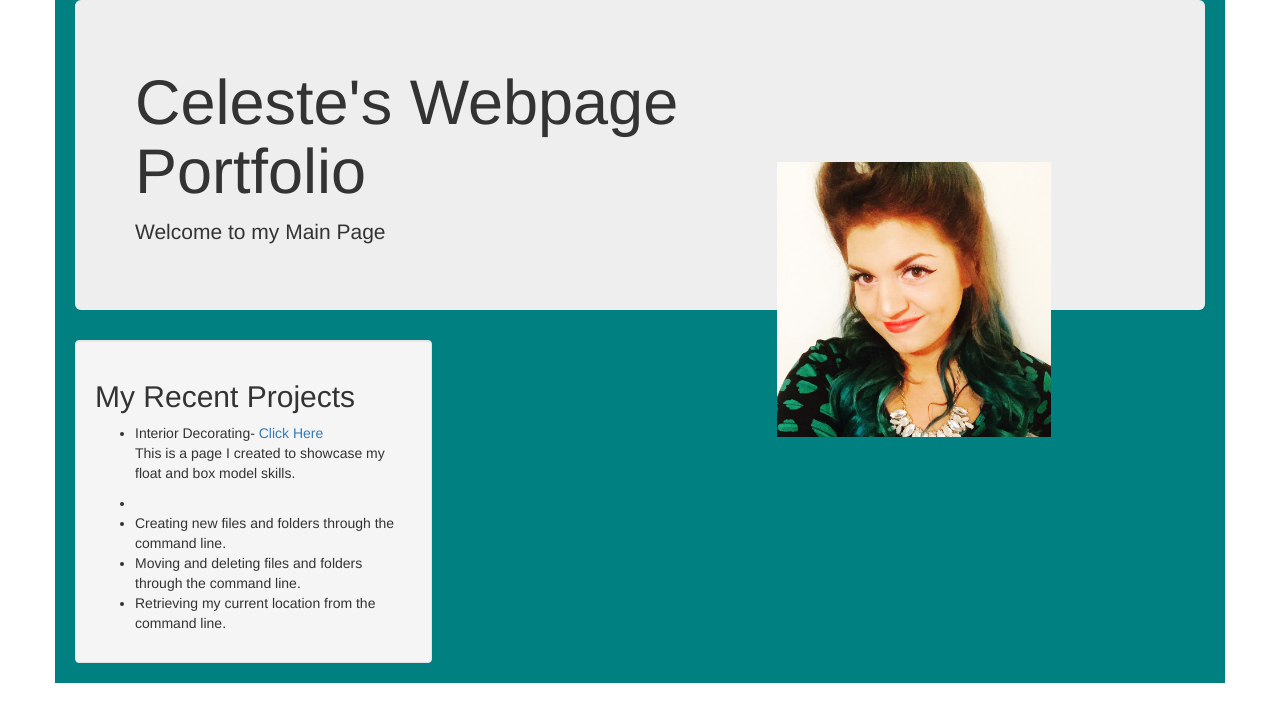
Repository: fieldceleste/portfolio-celeste
Page: portfolio-celeste.html
An editor plug-in stored every save of this project. The page is shown before and after the next save, followed by the edit.
The browser window is 1280 px wide. The pictures show the whole page.

Above is the page before, as saved 2019-11-01 15:02:40.

After the next save:
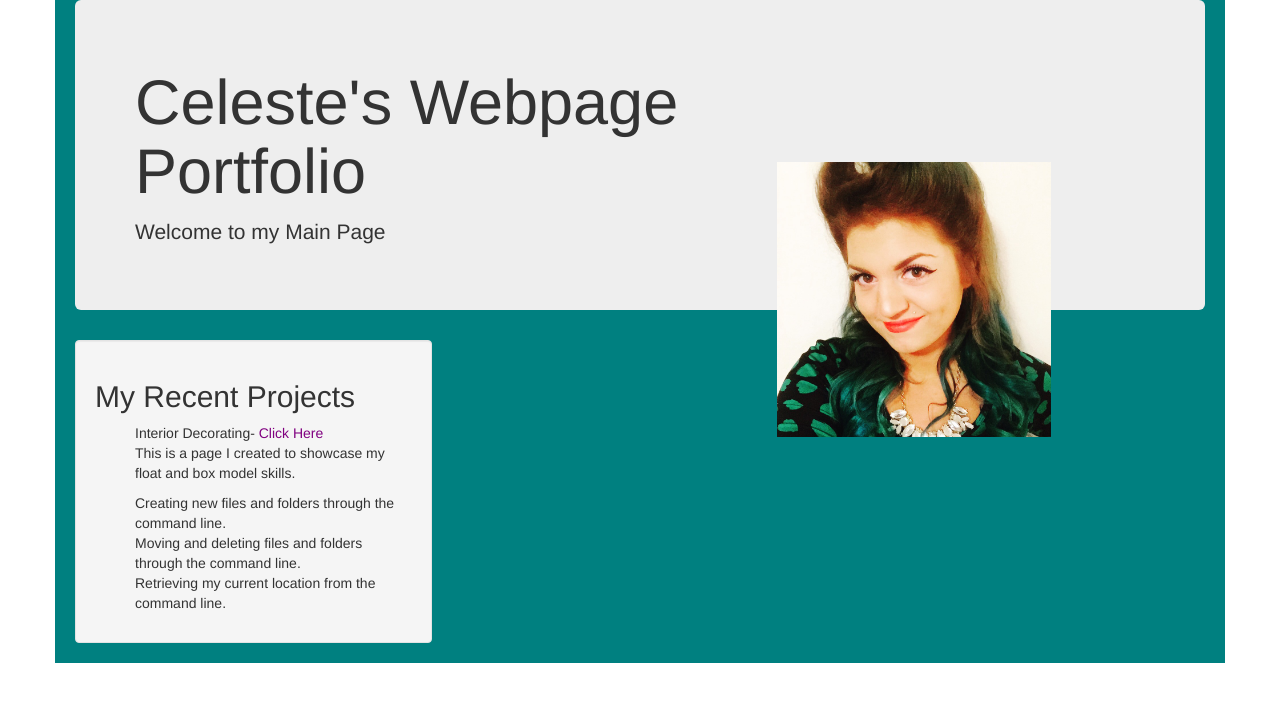
Saved 2 min 37 s later.
--- a/portfolio-celeste.html
+++ b/portfolio-celeste.html
@@ -17,7 +17,7 @@
             <div class="">
              </div>
             <h2>My Recent Projects</h2>
-            <div class=".projects">
+            <div class="projects">
               <ul>
                <li>Interior Decorating- <a herf="https://www.youtube.com">Click Here</a><p>This is a page I created to showcase my float and box model skills.</p>
                 <li>
